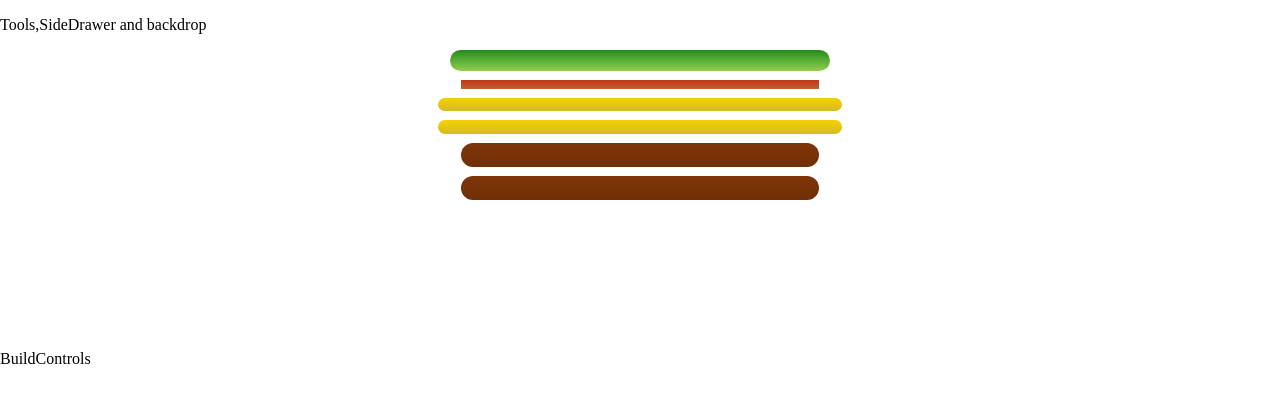
Repository: PiyushRajmsit/React-Burger-Building-App
Page: /
The author's editor kept a copy of each file at every save. The page is drawn from the files as they stood at one save, then again after the next save.
The browser window is 1280 px wide. The pictures show the whole page.
The project was rebuilt for these pictures with package versions that can differ from the ones it lists, and the page was loaded fresh each time. Also part of the build but not shown: src/App.module.css.

Above is the page before, as saved 2020-06-07 04:27:25.

### src/index.css
body {
  margin: 0;
  padding: 0;
  font-family: open-sans;
  -webkit-font-smoothing: antialiased;
  -moz-osx-font-smoothing: grayscale;
}

code {
  font-family: source-code-pro, Menlo, Monaco, Consolas, 'Courier New',
    monospace;
}

### src/App.js
import React,{Component} from 'react';
import Styles from './App.module.css';
import Layout from './components/Layout/Layout';
import BurgerBuilder from './containers/BurgerBuilder/BurgerBuilder'

class App extends Component{


  render(){
    return(

      <Layout>

        <div>
            <p> Tools,SideDrawer and backdrop </p>
            <BurgerBuilder/>
        </div>
      </Layout>

    );
  }



}

export default App;

### src/components/Layout/Layout.js
import React from 'react';
import Aux from '../../hoc/Aux';
import Styles from './Layout.module.css'
const layout = (props) =>(
    <Aux>
        <main className={Styles.Content}>
            {props.children}
        </main>
    </Aux>
);
export default layout;

### src/containers/BurgerBuilder/BurgerBuilder.js
import React,{Component} from 'react';
import Aux from '../../hoc/Aux';
import Burger from '../../components/Burger/Burger'

class BurgerBuilder extends Component{

    state = {
        ingredients :{
            salad : 1,
            bacon : 1,
            cheese : 2,
            meat : 2
        }
    };
    render(){
        return(
            <Aux>
                <Burger ingredients={this.state.ingredients} />
                <div>BuildControls</div>
            </Aux>


        );
    }

}

export default BurgerBuilder;

### src/components/Burger/Burger.js
import React from 'react';
import Styles from './Burger.module.css';
import BurgerIngredient from './BurgerIngredient/BurgerIngredient';

const burger = (props) =>{
    console.log(props);
    const transformedIngriedients = Object.keys(props.ingredients).map((igkey) =>{
        return [...Array(props.ingredients[igkey])].map((_,index) =>{
            return <BurgerIngredient type={igkey} key={igkey+index}/>;
        });
    });

    return(
        <div className={Styles.Burger}>
            {transformedIngriedients}
        </div>
    );


}
export default burger;

### src/components/Burger/Burger.module.css
.Burger{
    width: 35%;
    margin: auto;
    height: 300px;
    text-align: center;
    font-weight: bold;
    font-size: 1.2em;
}

@media (min-width: 500px) and (min-height: 4001px){
    .Burger{
        width: 350px;
        height: 200px;

    }
}

### src/components/Burger/BurgerIngredient/BurgerIngredient.js
import React,{Component} from 'react';
import Styles from './BurgerIngredient.module.css';
import PropTypes from 'prop-types';

class BurgerIngredient extends Component{

    render(){
        let ingredient = null;
        switch(this.props.type){

            case('bread-bottom'):
                ingredient = <div className={Styles.BreadBottom}></div>;
                break;

            case('bread-top'):
                ingredient = (<div className={Styles.BreadTop}>
                                <div className={Styles.Seeds1}></div>
                                <div className={Styles.Seeds2}></div>
                            </div>);
                break;

            case('meat'):
                ingredient = <div className={Styles.Meat}></div>;
                break;

            case('cheese'):
                ingredient = <div className={Styles.Cheese}></div>;
                break;

            case('salad'):
                ingredient = <div className={Styles.Salad}></div>;
            break;

            case('bacon'):
                ingredient = <div className={Styles.Bacon}></div>;
            break;
            default:
                ingredient = null;
            break;
        }
        return (ingredient);
    };

}
BurgerIngredient.propTypes = {
    type: PropTypes.string.isRequired
};
export default BurgerIngredient;

### src/components/Burger/BurgerIngredient/BurgerIngredient.module.css
.BreadBottom {
    height: 13%;
    width: 80%;
    background: linear-gradient(#F08E4A, #e27b36);
    border-radius: 0 0 30px 30px;
    box-shadow: inset -15px 0 #c15711;
    margin: 2% auto;
}

.BreadTop {
    height: 20%;
    width: 80%;
    background: linear-gradient(#bc581e, #e27b36);
    border-radius: 50% 50% 0 0;
    box-shadow: inset -15px 0 #c15711;
    margin: 2% auto;
    position: relative;
}

.Seeds1 {
    width: 10%;
    height: 15%;
    position: absolute;
    background-color: white;
    left: 30%;
    top: 50%;
    border-radius: 40%;
    transform: rotate(-20deg);
    box-shadow: inset -2px -3px #c9c9c9;
}

.Seeds1:after {
    content: "";
    width: 100%;
    height: 100%;
    position: absolute;
    background-color: white;
    left: -170%;
    top: -260%;
    border-radius: 40%;
    transform: rotate(60deg);
    box-shadow: inset -1px 2px #c9c9c9;
  }

.Seeds1:before {
    content: "";
    width: 100%;
    height: 100%;
    position: absolute;
    background-color: white;
    left: 180%;
    top: -50%;
    border-radius: 40%;
    transform: rotate(60deg);
    box-shadow: inset -1px -3px #c9c9c9;
  }

  .Seeds2 {
    width: 10%;
    height: 15%;
    position: absolute;
    background-color: white;
    left: 64%;
    top: 50%;
    border-radius: 40%;
    transform: rotate(10deg);
    box-shadow: inset -3px 0 #c9c9c9;
  }

  .Seeds2:before {
    content: "";
    width: 100%;
    height: 100%;
    position: absolute;
    background-color: white;
    left: 150%;
    top: -130%;
    border-radius: 40%;
    transform: rotate(90deg);
    box-shadow: inset 1px 3px #c9c9c9;
  }


.Meat {
    width: 80%;
    height: 8%;
    background: linear-gradient(#7f3608, #702e05);
    margin: 2% auto;
    border-radius: 15px;
}

.Cheese {
    width: 90%;
    height: 4.5%;
    margin: 2% auto;
    background: linear-gradient(#f4d004, #d6bb22);
    border-radius: 20px;
}

.Salad {
    width: 85%;
    height: 7%;
    margin: 2% auto;
    background: linear-gradient(#228c1d, #91ce50);
    border-radius: 20px;
}

.Bacon {
    width: 80%;
    height: 3%;
    background: linear-gradient(#bf3813, #c45e38);
    margin: 2% auto;
}

Loaded but not shown: public/index.html (common file); src/index.js (common file); src/serviceWorker.js (common file); src/hoc/Aux.js (common file); src/components/Layout/Layout.module.css (common file)

After the next save:
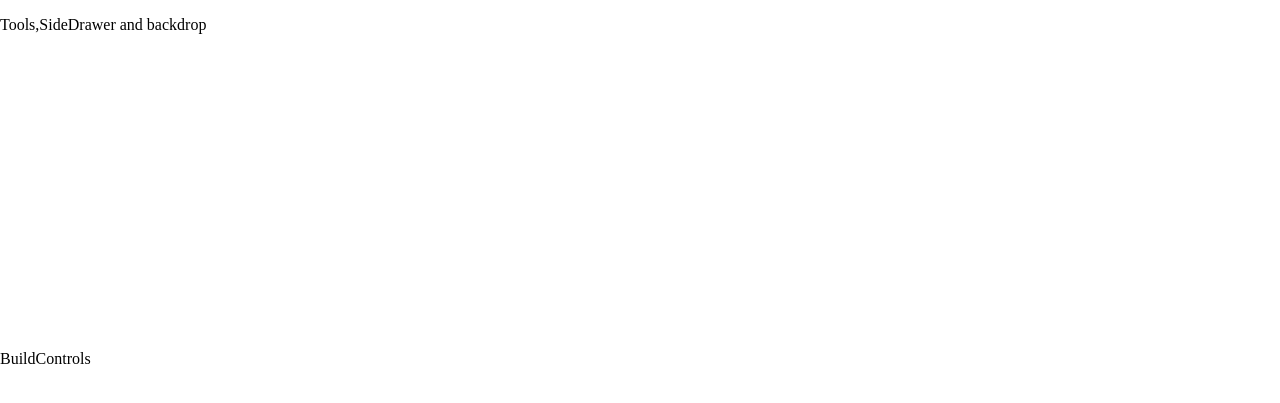
Saved 46 s later.
--- a/src/components/Burger/Burger.js
+++ b/src/components/Burger/Burger.js
@@ -5,8 +5,8 @@
 const burger = (props) =>{
     console.log(props);
     const transformedIngriedients = Object.keys(props.ingredients).map((igkey) =>{
-        return [...Array(props.ingredients[igkey])].map((_,index) =>{
-            return <BurgerIngredient type={igkey} key={igkey+index}/>;
+        return [...Array(props.ingredients[igkey])].map((ig,index) =>{
+            return <BurgerIngredient type={ig} key={igkey+index}/>;
         });
     });
 

After the save that followed:
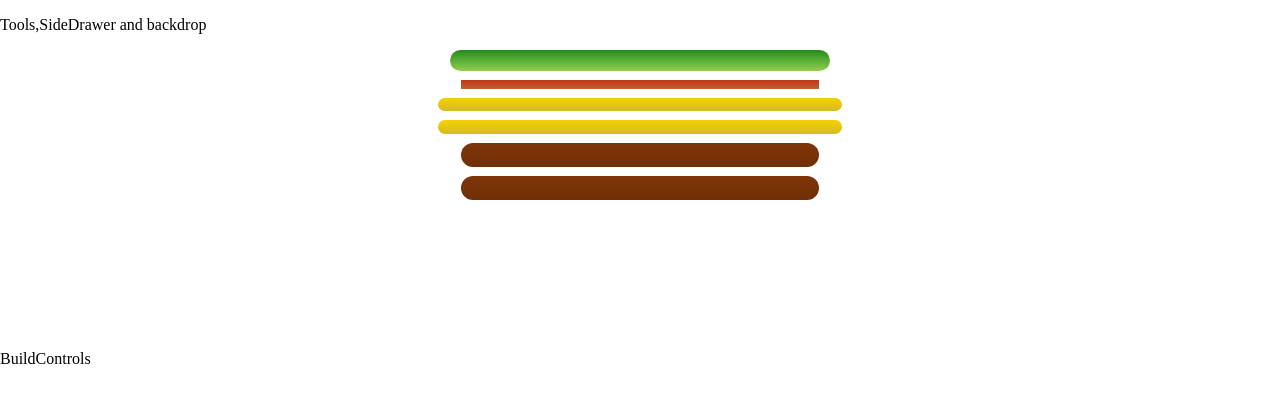
Saved 15 s later.
--- a/src/components/Burger/Burger.js
+++ b/src/components/Burger/Burger.js
@@ -5,8 +5,8 @@
 const burger = (props) =>{
     console.log(props);
     const transformedIngriedients = Object.keys(props.ingredients).map((igkey) =>{
-        return [...Array(props.ingredients[igkey])].map((ig,index) =>{
-            return <BurgerIngredient type={ig} key={igkey+index}/>;
+        return [...Array(props.ingredients[igkey])].map((_,index) =>{
+            return <BurgerIngredient type={igkey} key={igkey+index}/>;
         });
     });
 
